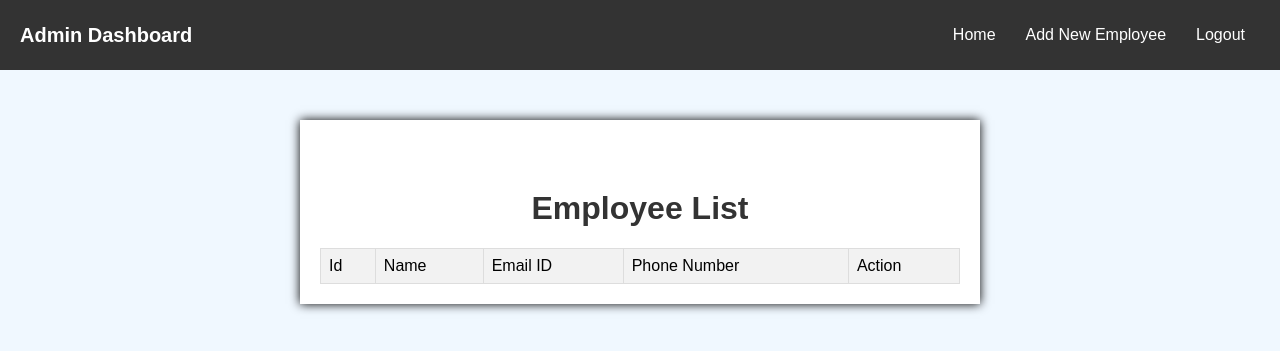
Repository: brijeshparmar2054/javaproject
Page: http://localhost/admin/dashboard
These files come from the project's save history. The page is drawn as it stood at one moment and after the next save; the edit follows.
The browser window is 1280 px wide. The pictures show the whole page.
The page is this project's Thymeleaf template; nobody is signed in. The template is opened directly, without the code that normally fills it, so the values that code supplies are empty.

Above is the page before, as saved 2024-06-22 05:59:28.

### cma/web-project/src/main/resources/templates/admin/dashboard.html
<!DOCTYPE html>
<html lang="en" xmlns:th="http://www.thymeleaf.org">
<head>
<meta charset="ISO-8859-1">
<title>Admin Dashboard</title>
<link rel="stylesheet" th:href="@{../css/style.css}" type="text/css">
</head>
<body>
	<!-- Navigation Bar -->
	<nav>
		<div class="logo">Admin Dashboard</div>
		<ul class="nav-links">
			<li><a th:href="@{/}">Home</a></li>
			<li><a th:href="@{/admin/addemployee}">Add New Employee</a></li>
			<li><a th:href="@{/}">Logout</a></li>
		</ul>
		<div class="burger">
			<div class="line1"></div>
			<div class="line2"></div>
			<div class="line3"></div>
		</div>
	</nav>
	<div class="container" id="dashboard">
    	<h1>Employee List</h1>
    	<table>
    		<thead>
    			<tr>
	    			<td>Id</td>
	    			<td>Name</td>
	    			<td>Email ID</td>
	    			<td>Phone Number</td>
	    			<td>Action</td>
	    		</tr>
    		</thead>
    		<tbody>
    			<tr th:each="e:${employeelist}">
    				<td th:text="${e.id}"></td>
    				<td th:text="${e.name}"></td>
    				<td th:text="${e.email}"></td>
    				<td th:text="${e.phone}"></td>
    				<td><a th:href="@{edit/{id}(id=${e.id})}">Edit</a> | <a th:href="@{delete/{id}(id=${e.id})}">Delete</a></td>
    			</tr>
    		</tbody>

    	</table>
    </div>
</body>
</html>

### cma/web-project/src/main/resources/static/css/style.css
@charset "ISO-8859-1";

/* General Styles */
body {
	font-family: Arial, sans-serif;
	background-color: #f0f8ff;
	margin: 0;
	padding: 0;
}

/* Navbar Styles */
nav {
	display: flex;
	justify-content: space-between;
	align-items: center;
	background-color: #333;
	padding: 10px 20px;
}

.nav-links {
	list-style: none;
	display: flex;
}

.nav-links li {
	margin: 0 15px;
}

.nav-links a {
	color: white;
	text-decoration: none;
	font-size: 16px;
	transition: color 0.3s ease;
}

.nav-links a:hover {
	color: #007bff;
}

.logo {
	color: white;
	font-size: 20px;
	font-weight: bold;
}

/* Burger Menu */
.burger {
	display: none;
	cursor: pointer;
}

.burger div {
	width: 25px;
	height: 3px;
	background-color: white;
	margin: 5px;
	transition: all 0.3s ease;
}

/* H1 Styles */
h1 {
	text-align: center;
	color: #333;
	margin-top: 50px;
}

/* Link Styles */
h1 a {
	display: inline-block;
	margin: 10px 0;
	padding: 10px 20px;
	text-decoration: none;
	color: white;
	background-color: #007bff;
	border-radius: 5px;
	transition: background-color 0.3s ease;
}

h1 a:hover {
	background-color: #0056b3;
}

/* Responsive Styles */
@media ( max-width : 768px) {
	.nav-links {
		display: none;
		flex-direction: column;
		width: 100%;
		position: absolute;
		top: 60px;
		left: -100%;
		background-color: #333;
		transition: all 0.3s ease;
	}
	.nav-links li {
		margin: 0;
	}
	.nav-links a {
		padding: 15px;
		width: 100%;
		box-sizing: border-box;
	}
	.burger {
		display: block;
	}
	.nav-active {
		left: 0;
	}
	.toggle .line1 {
		transform: rotate(-45deg) translate(-5px, 6px);
	}
	.toggle .line2 {
		opacity: 0;
	}
	.toggle .line3 {
		transform: rotate(45deg) translate(-5px, -6px);
	}
}

/* Form Styles */
.container {
	width: 50%;
	margin: 50px auto;
	background: white;
	padding: 20px;
	box-shadow: 0px 0px 10px 0px #000;
}

h1 {
	text-align: center;
	color: #333;
}

form {
	display: flex;
	flex-direction: column;
}

label {
	margin-bottom: 5px;
	color: #333;
}

input[type="text"], input[type="email"], input[type="password"],
	textarea {
	margin-bottom: 15px;
	padding: 10px;
	font-size: 16px;
	border: 1px solid #ccc;
	border-radius: 5px;
}

button {
	padding: 10px;
	font-size: 16px;
	background-color: #007bff;
	color: white;
	border: none;
	border-radius: 5px;
	cursor: pointer;
}

button:hover {
	background-color: #0056b3;
}

/* Table Styles */
table {
	width: 100%;
	border-collapse: collapse;
}

thead {
	background-color: #f2f2f2;
}

th, td {
	border: 1px solid #ddd;
	padding: 8px;
	text-align: left;
}

th {
	background-color: #4CAF50;
	color: white;
}

tr:nth-child(even) {
	background-color: #f2f2f2;
}

tr:hover {
	background-color: #ddd;
}

a {
	color: #007BFF;
	text-decoration: none;
}

a:hover {
	text-decoration: underline;
}

After the next save:
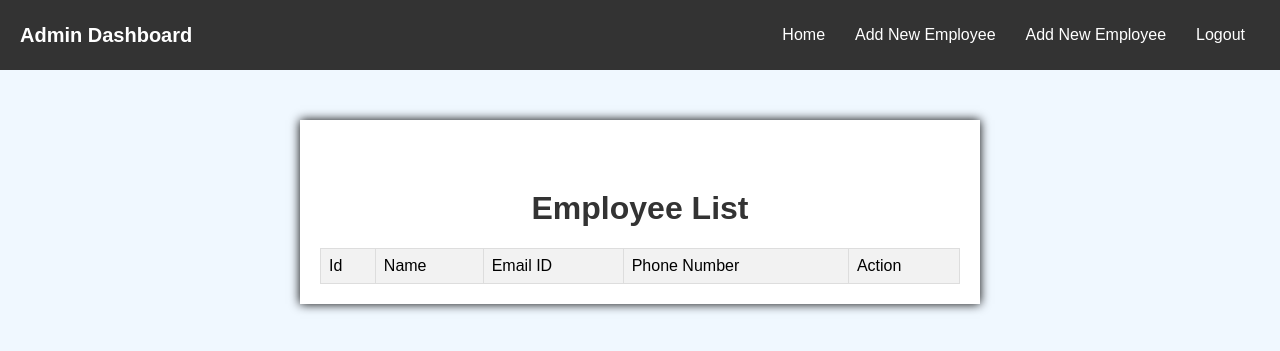
Saved 86 s later.
--- a/cma/web-project/src/main/resources/templates/admin/dashboard.html
+++ b/cma/web-project/src/main/resources/templates/admin/dashboard.html
@@ -11,6 +11,7 @@
 		<div class="logo">Admin Dashboard</div>
 		<ul class="nav-links">
 			<li><a th:href="@{/}">Home</a></li>
+			<li><a th:href="@{/admin/viewcustomer}">Add New Employee</a></li>
 			<li><a th:href="@{/admin/addemployee}">Add New Employee</a></li>
 			<li><a th:href="@{/}">Logout</a></li>
 		</ul>
